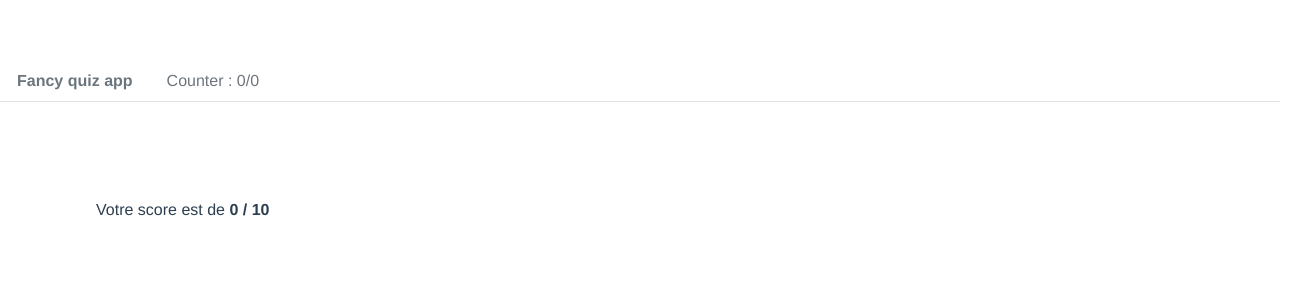
Repository: MomoDevlop/faso-quiz
Page: /
The author's editor kept a copy of each file at every save. The page is drawn from the files as they stood at one save, then again after the next save.
The browser window is 1280 px wide. The page is 1280 px wide, then 1295 px, so the pictures cover 1295 px, including what lies to the right of the window. The pictures show the whole page.
The page's requests for data from a server got no answer. The project was rebuilt for these pictures with package versions that can differ from the ones it lists, and the page was loaded fresh each time. No one was signed in, and anything a server would have sent is missing. Also part of the build but not shown: src/components/questionBox.vue.

Above is the page before, as saved 2020-10-06 17:37:15.

After the next save:
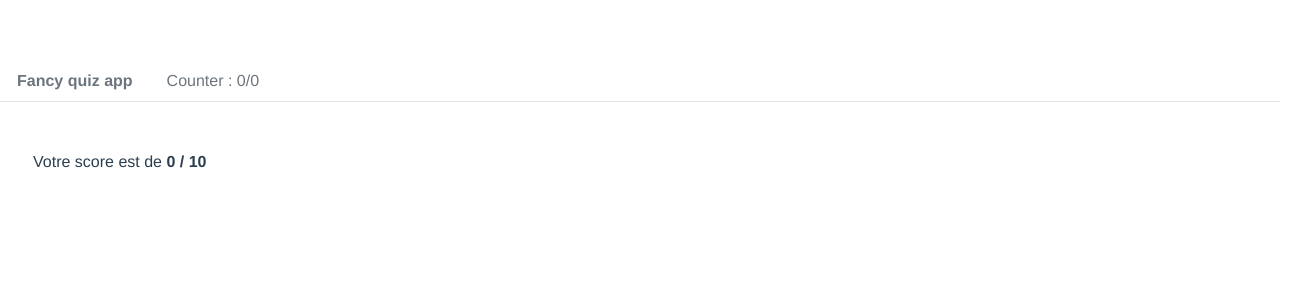
Saved 67 s later.
--- a/src/App.vue
+++ b/src/App.vue
@@ -6,7 +6,7 @@
     :numCorrect="numCorrect"
     :numTotal="numTotal"
     />
-    <div class="row m-5">
+    <div class="row">
       <div class="col-xs-12 m-5" v-show="isEnd">
         <button class="btn btn-succes">
           Vous n'avez droit qu'à 10 questions!! Veuillez cliquer sur <strong> Reset </strong> pour recommencer
